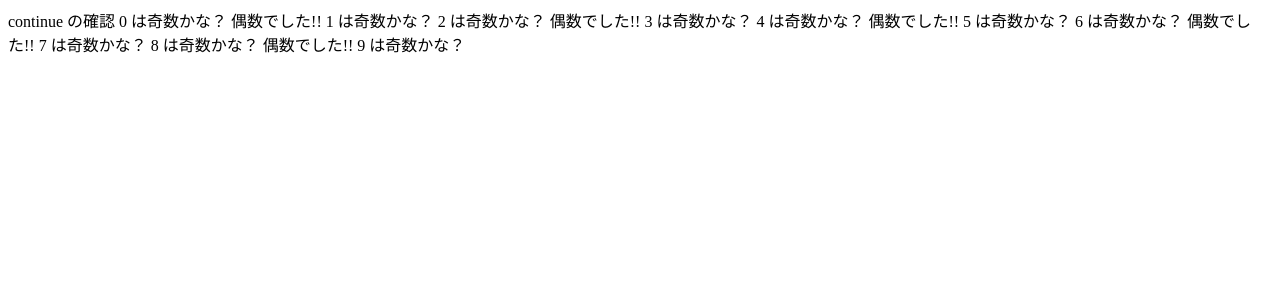
Repository: NishidaShiko/kadai
Page: http://localhost/break_continue.php
The author's editor kept a record of every edit. The page is drawn from the files as they stood at one moment, then again after the next edit.
The browser window is 1280 px wide. The pictures show the whole page.
The page is run by PHP 8.4 with error messages shown; the project is at /var/www/html/.

Above is the page before.

After the next edit:
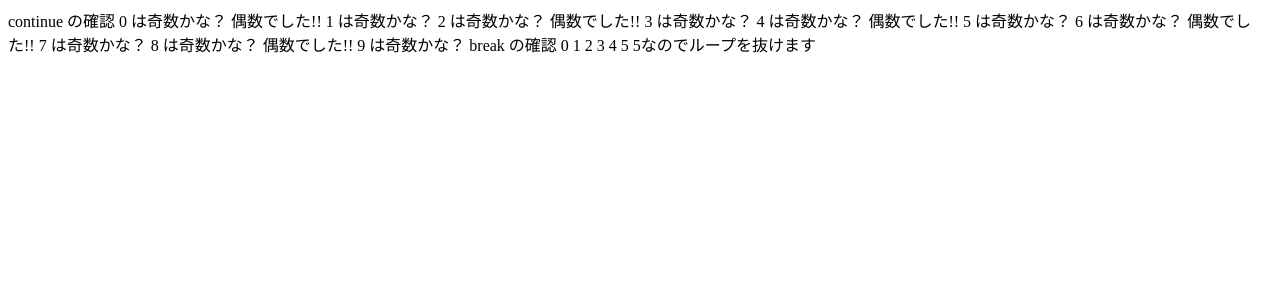
The edit:
--- a/break_continue.php
+++ b/break_continue.php
@@ -9,3 +9,14 @@ for($i = 0; $i < 10; ++$i) {
 
     echo "偶数でした!! \n";
 }
+
+echo "\n break の確認\n";
+$i = 0;
+while($i < 10){
+    echo "{$i} \n";
+    if ($i >= 5){
+        echo "{$i}なのでループを抜けます \n";
+        break;
+    }
+    ++$i;
+}
